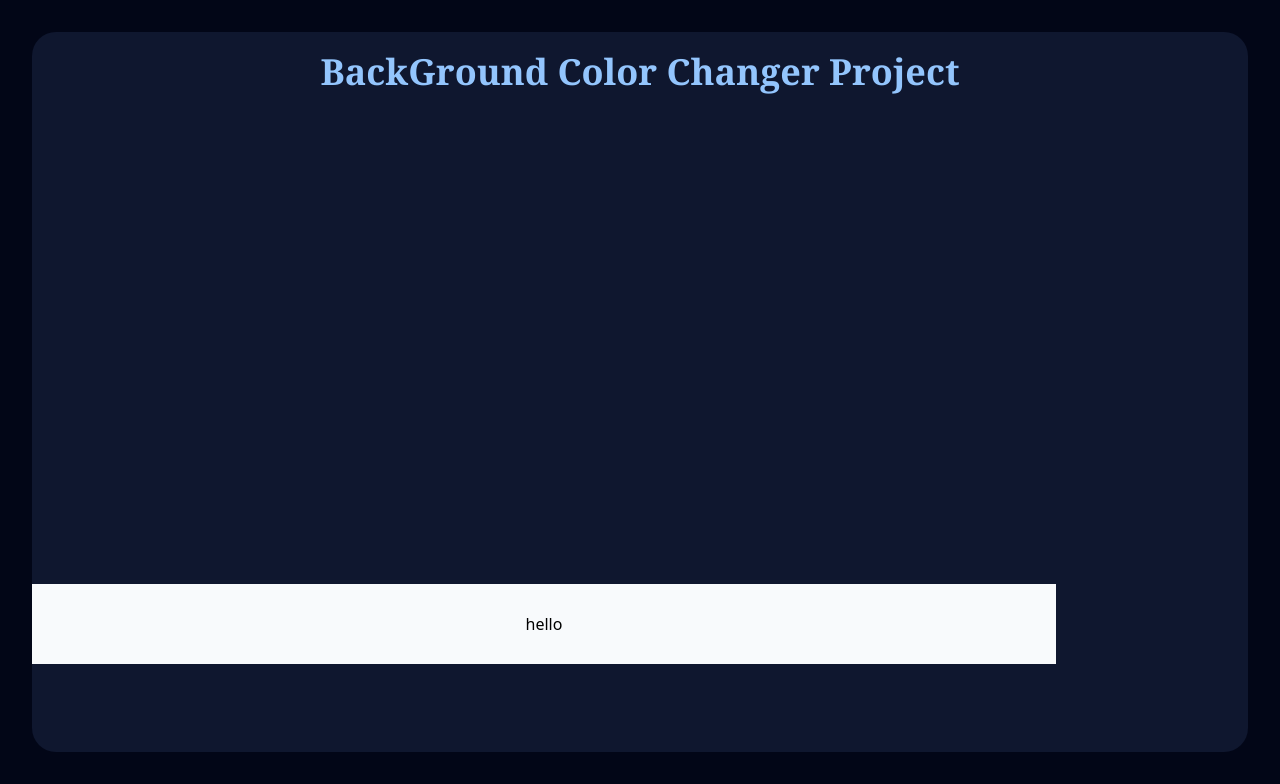
Repository: ChaitanyMishra/react-daily-work
Page: / (app in day-04-react/bg_color_changer/)
The author's editor kept a copy of each file at every save. The page is drawn from the files as they stood at one save, then again after a run of saves.
The browser window is 1280 px wide. The pictures show the whole page.
The project was rebuilt for these pictures with package versions that can differ from the ones it lists, and the page was loaded fresh each time. Also part of the build but not shown: day-04-react/bg_color_changer/vite.config.js.

Above is the page before, as saved 2025-06-20 17:07:22.

After the next 2 saves:
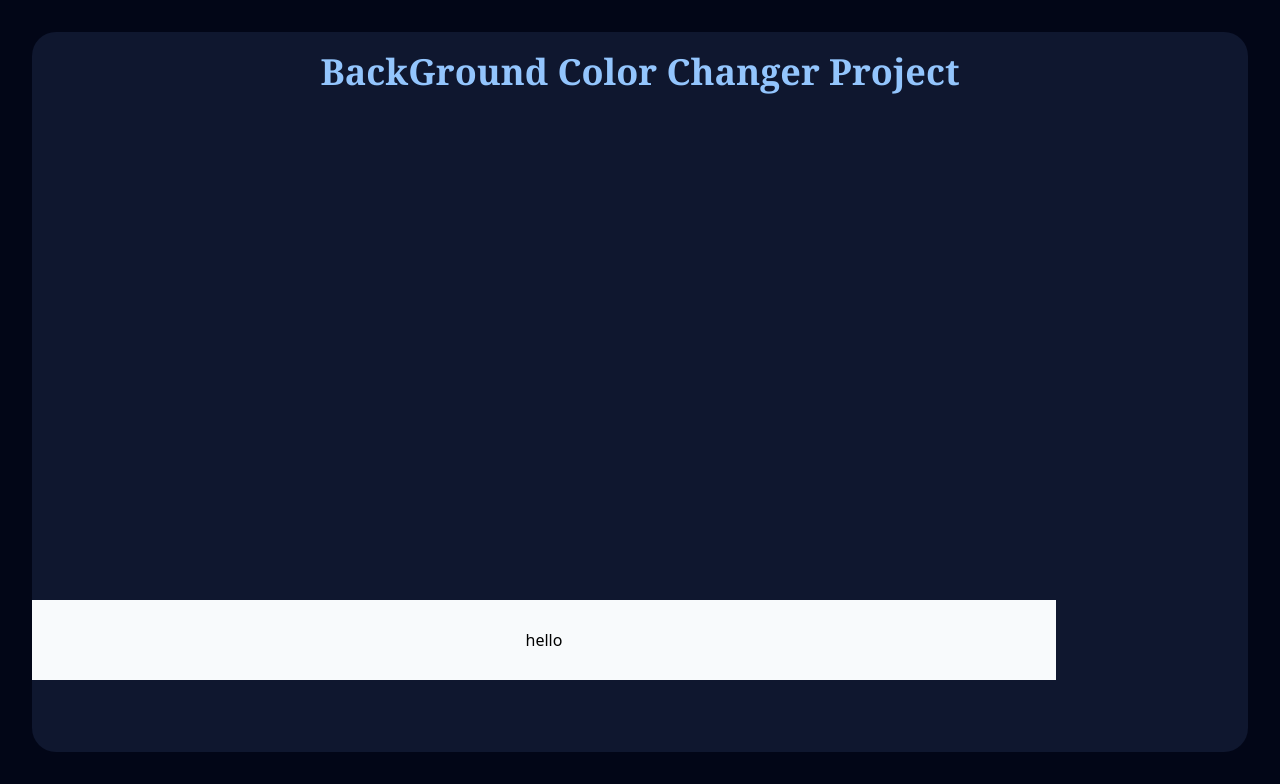
The 2 saves are shown as one change because they came seconds apart.
The last was saved 13 s later.
--- a/day-04-react/bg_color_changer/src/backGrounColorChanger/bgChange.jsx
+++ b/day-04-react/bg_color_changer/src/backGrounColorChanger/bgChange.jsx
@@ -1,6 +1,6 @@
 export default function ChangeBgColor(){
     return(
-        <div className=" h-[5rem] w-[80%] bg-slate-50 flex flex-wrap justify-center items-center m-auto bottom-14 fixed ">
+        <div className=" h-[5rem] w-[80%] bg-slate-50 flex flex-wrap justify-center items-center m-auto bottom-10 fixed ">
             hello
         </div>
 
